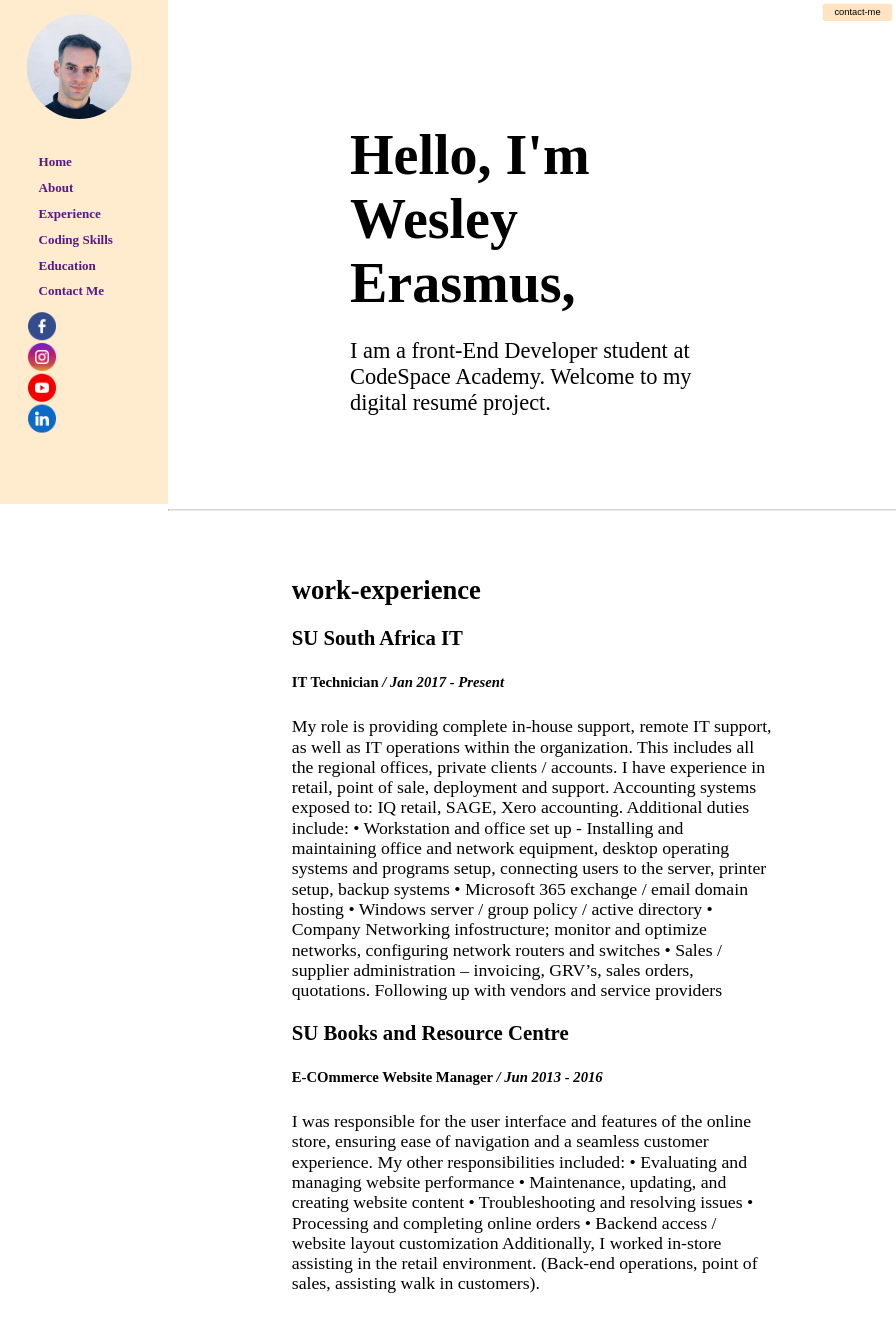
Repository: WesleyErasmus/MyDigitalResume-5
Page: index.html
An editor plug-in stored every save of this project. The page is shown before and after the next save, followed by the edit.
The browser window is 1280 px wide. The pictures show the part of the page from y = 0 to 1920 px (the page is 2928 px tall), at 70% of full size.

Above is the page before, as saved 2022-02-25 21:21:56.

After the next save:
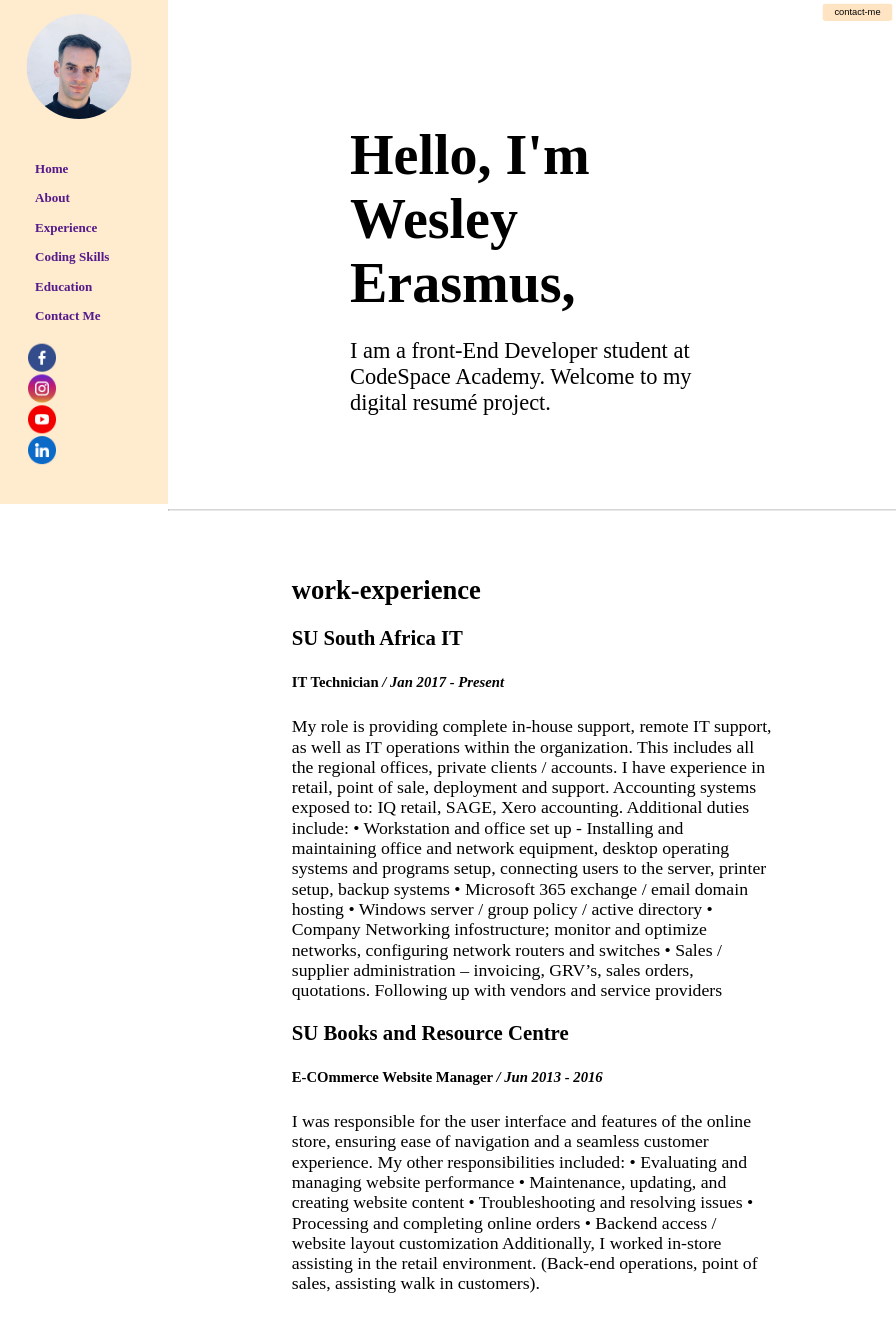
Saved 9 s later.
--- a/stylesheet.css
+++ b/stylesheet.css
@@ -60,7 +60,7 @@ ul.nav-btns{
 font-size: 14pt;
 }
 .nav-btns li {
-  margin: 15px;
+  padding: 10px;
 }
 a:link {
   text-decoration: none;
